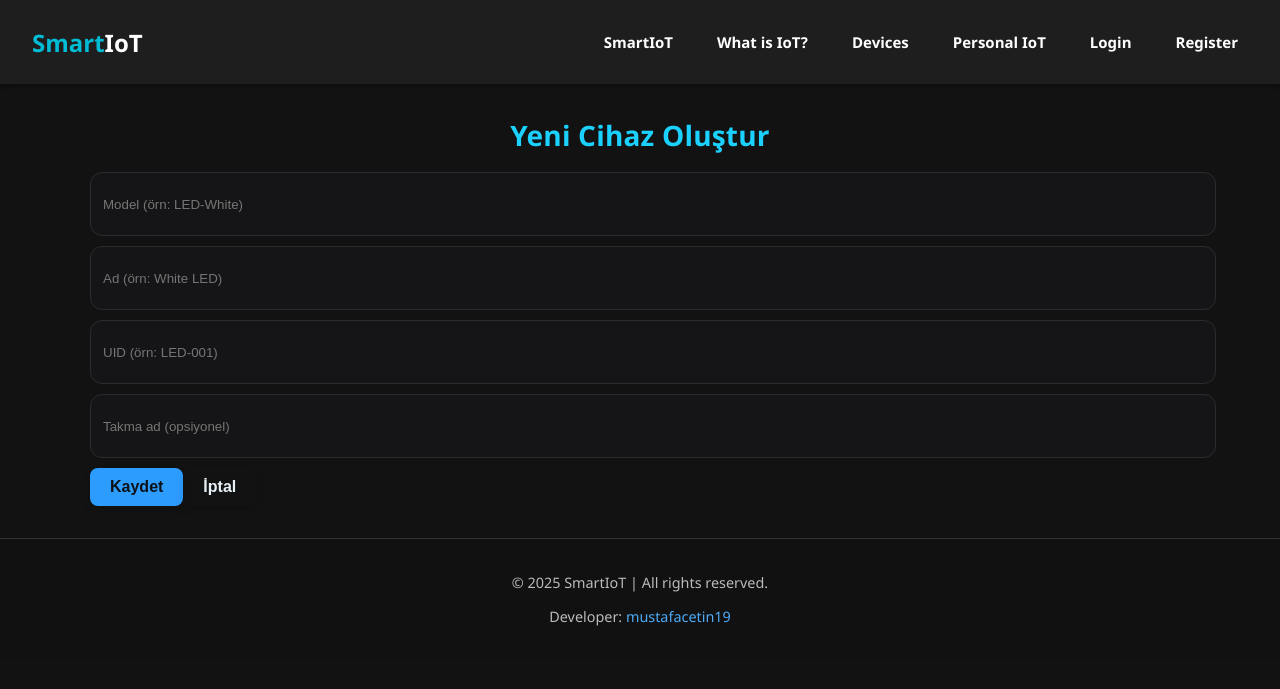
Repository: mustafacetin19/SmartIoT
Page: /my-devices/new (app in Frontend/smartiot-frontend/)
These files come from the project's save history. The page is drawn as it stood at one moment and after the next save; the edit follows.
The browser window is 1280 px wide. The pictures show the whole page.
The project was rebuilt for these pictures with package versions that can differ from the ones it lists, and the page was loaded fresh each time. Also part of the build but not shown: Frontend/smartiot-frontend/src/components/HeroSection.jsx, Frontend/smartiot-frontend/src/pages/Home.jsx, Frontend/smartiot-frontend/src/pages/LoginPage.js, Frontend/smartiot-frontend/src/pages/RegisterPage.js, Frontend/smartiot-frontend/src/pages/About.css, Frontend/smartiot-frontend/src/pages/About.jsx, Frontend/smartiot-frontend/src/pages/Devices.css, Frontend/smartiot-frontend/src/pages/Devices.jsx and 14 more.

Above is the page before, as saved 2025-08-11 14:34:30.

### Frontend/smartiot-frontend/public/index.html
<!DOCTYPE html>
<html lang="en">
  <head>
    <meta charset="utf-8" />
    <link rel="icon" href="%PUBLIC_URL%/logo-icon.ico" />
    <meta name="viewport" content="width=device-width, initial-scale=1" />
    <meta name="theme-color" content="#000000" />
    <meta
      name="description"
      content="Web site created using create-react-app"
    />
    <link rel="apple-touch-icon" href="%PUBLIC_URL%/logo192.png" />
    <!--
      manifest.json provides metadata used when your web app is installed on a
      user's mobile device or desktop. See https://developers.google.com/web/fundamentals/web-app-manifest/
    -->
    <link rel="manifest" href="%PUBLIC_URL%/manifest.json" />
    <!--
      Notice the use of %PUBLIC_URL% in the tags above.
      It will be replaced with the URL of the `public` folder during the build.
      Only files inside the `public` folder can be referenced from the HTML.

      Unlike "/favicon.ico" or "favicon.ico", "%PUBLIC_URL%/favicon.ico" will
      work correctly both with client-side routing and a non-root public URL.
      Learn how to configure a non-root public URL by running `npm run build`.
    -->
    <title>IoT Panel</title>
  </head>
  <body>
    <noscript>You need to enable JavaScript to run this app.</noscript>
    <div id="root"></div>
    <!--
      This HTML file is a template.
      If you open it directly in the browser, you will see an empty page.

      You can add webfonts, meta tags, or analytics to this file.
      The build step will place the bundled scripts into the <body> tag.

      To begin the development, run `npm start` or `yarn start`.
      To create a production bundle, use `npm run build` or `yarn build`.
    -->
  </body>
</html>

### Frontend/smartiot-frontend/src/App.jsx
// src/App.jsx
import React from 'react';
import { BrowserRouter as Router, Routes, Route, useLocation } from 'react-router-dom';

import Home from './pages/Home';
import LoginPage from './pages/LoginPage';
import RegisterPage from './pages/RegisterPage';
import About from './pages/About';
import Devices from './pages/Devices';
import CustomPanel from './pages/CustomPanel';
import AddDevicePage from './pages/AddDevicePage';
import DeviceSelectionPage from './pages/DeviceSelectionPage';
import UserSettingsPage from './pages/UserSettingsPage';
import DemoPanel from './pages/DemoPanel';
import NotFound from './pages/NotFoundPage';
import DeviceRegistrationPage from './pages/DeviceRegistrationPage';
import RoomCreationPage from './pages/RoomCreationPage';

import Navbar from './components/Navbar';
import Footer from './components/Footer';
import PrivateRoute from './components/PrivateRoute';

function AppContent() {
  const location = useLocation();
  const hideLayoutRoutes = [];
  const hideLayout = hideLayoutRoutes.includes(location.pathname);

  return (
    <>
      {!hideLayout && <Navbar />}
      <Routes>
        {/* Public */}
        <Route path="/" element={<Home />} />
        <Route path="/login" element={<LoginPage />} />
        <Route path="/register" element={<RegisterPage />} />
        <Route path="/about" element={<About />} />
        <Route path="/devices" element={<Devices />} />
        <Route path="/demo-panel" element={<DemoPanel />} />
        <Route path="/my-devices/new" element={<DeviceRegistrationPage />} />

        {/* Private */}
        <Route path="/custom-panel" element={<PrivateRoute><CustomPanel /></PrivateRoute>} />
        <Route path="/add-device" element={<PrivateRoute><AddDevicePage /></PrivateRoute>} />
        <Route path="/select-device" element={<PrivateRoute><DeviceSelectionPage /></PrivateRoute>} />
        <Route path="/rooms/new" element={<PrivateRoute><RoomCreationPage /></PrivateRoute>} />
        <Route path="/user-settings" element={<PrivateRoute><UserSettingsPage /></PrivateRoute>} />

        {/* 404 */}
        <Route path="*" element={<NotFound />} />
      </Routes>
      {!hideLayout && <Footer />}
    </>
  );
}

export default function App() {
  return (
    <Router>
      <AppContent />
    </Router>
  );
}

### Frontend/smartiot-frontend/src/pages/DeviceRegistrationPage.jsx
import { useState } from "react";
import { useNavigate } from "react-router-dom";
import axios from "axios";
import "./DeviceSelectionPage.css"; // aynı stil sınıflarını kullanıyoruz

export default function DeviceRegistrationPage() {
  const navigate = useNavigate();
  const user = JSON.parse(localStorage.getItem("user"));
  const [form, setForm] = useState({
    deviceModel: "",
    deviceName: "",
    deviceUid: "",
    alias: ""
  });
  const [saving, setSaving] = useState(false);
  const [error, setError] = useState("");

  const handle = (e) => setForm({ ...form, [e.target.name]: e.target.value });

  const submit = async (e) => {
    e.preventDefault();
    try {
      setSaving(true); setError("");
      await axios.post("http://localhost:8080/api/user-devices/register", {
        userId: user.id, ...form
      });
      navigate("/select-device", { state: { refreshDevices: true } });
    } catch (err) {
      setError(err?.response?.data?.message || "Kayıt başarısız.");
    } finally {
      setSaving(false);
    }
  };

  return (
    <div className="page">
      <h1 className="title">Yeni Cihaz Oluştur</h1>
      {error && <div className="alert error">{error}</div>}
      <form className="card" onSubmit={submit} style={{ display: "grid", gap: 10 }}>
        <input className="input" name="deviceModel" placeholder="Model (örn: LED-White)" value={form.deviceModel} onChange={handle} required />
        <input className="input" name="deviceName"  placeholder="Ad (örn: White LED)" value={form.deviceName} onChange={handle} required />
        <input className="input" name="deviceUid"   placeholder="UID (örn: LED-001)" value={form.deviceUid} onChange={handle} required />
        <input className="input" name="alias"       placeholder="Takma ad (opsiyonel)" value={form.alias} onChange={handle} />
        <div className="actions">
          <button className="btn primary" type="submit" disabled={saving}>{saving ? "Kaydediliyor…" : "Kaydet"}</button>
          <button className="btn ghost" type="button" onClick={() => navigate("/select-device")}>İptal</button>
        </div>
      </form>
    </div>
  );
}

### Frontend/smartiot-frontend/src/components/Footer.jsx
import React from 'react';
import './Footer.css';

function Footer() {
  return (
    <footer className="footer">
      <p>&copy; 2025 SmartIoT | All rights reserved.</p>

      <p>
        Developer: <a href="https://github.com/mustafacetin19" target="_blank" rel="noopener noreferrer">mustafacetin19</a>
      </p>
    </footer>
  );
}

export default Footer;

### Frontend/smartiot-frontend/src/pages/Form.css
/* src/components/Form.css */

.background-wrapper {
  background-image: url('./circuit-bg.png');
  background-size: cover;
  background-position: center;
  min-height: 100vh;
  display: flex;
  align-items: center;
  justify-content: center;
  padding: 20px;
  box-sizing: border-box;
}

.form-container {
  max-width: 400px;
  width: 100%;
  padding: 30px 25px;
  background: rgba(255, 255, 255, 0.15);
  backdrop-filter: blur(10px);
  -webkit-backdrop-filter: blur(10px);
  border-radius: 12px;
  box-shadow: 0 8px 32px rgba(0, 0, 0, 0.25);
  border: 1px solid rgba(255, 255, 255, 0.2);
  box-sizing: border-box;
  color: #ffffff;
}

.form-container h2 {
  text-align: center;
  color: #ffffff;
}

.form-container input {
  width: 100%;
  padding: 12px;
  margin: 8px 0;
  border-radius: 6px;
  border: 1px solid #ccc;
  box-sizing: border-box;
  background-color: rgba(255, 255, 255, 0.85);
  color: #000;
}

.form-container input::placeholder {
  color: #666;
}

.form-container button {
  width: 100%;
  padding: 12px;
  background-color: #1976d2;
  color: white;
  border: none;
  border-radius: 6px;
  cursor: pointer;
  font-weight: bold;
  font-size: 15px;
}

.form-container button:hover {
  background-color: #1565c0;
}

.form-container p {
  text-align: center;
  margin-top: 10px;
  color: #dddddd;
}

.login-logo {
  width: 80px;
  height: auto;
  display: block;
  margin: 0 auto 20px auto;
  object-fit: contain;
}

.error-box {
  width: fit-content;
  max-width: 260px;
  padding: 10px 16px;
  margin: 16px auto 0 auto;
  background-color: #ffcdd2;
  color: #b71c1c;
  border-radius: 6px;
  text-align: center;
  font-weight: bold;
  font-size: 14px;
  box-shadow: 0 0 10px rgba(183, 28, 28, 0.5);
  animation: fadeOut 1s ease-in-out forwards;
  animation-delay: 4s;
}

@keyframes fadeOut {
  0%   { opacity: 1; }
  90%  { opacity: 1; }
  100% { opacity: 0; }
}

/* Sadece form içindeki linkler */
.form-container a,
.form-container a:visited {
  color: #64b5f6 !important;
  font-weight: bold;
  text-decoration: none;
  transition: color 0.3s ease;
}

.form-container a:hover {
  color: #ffffff;
  text-decoration: underline;
}

.password-rules {
  font-size: 13px;
  margin: 12px 0;
  padding-left: 20px;
  color: #eeeeee;
  list-style-type: disc;
  opacity: 0.8;
}

.password-rules li {
  margin-bottom: 4px;
}

/* Navbar logoyu etkilemesin diye garantili stiller */
.navbar .brand-text {
  color: white !important;
  font-size: 22px;
  font-weight: bold;
  text-decoration: none !important;
}

.navbar .brand-bold {
  color: #00bcd4 !important;
  font-weight: 700;
}

/* === Page Fade In Animation === */
.page-fade {
  animation: fadeIn 0.5s ease-in-out;
}

@keyframes fadeIn {
  from {
    opacity: 0;
    transform: translateY(10px);
  }
  to {
    opacity: 1;
    transform: translateY(0);
  }
}

### Frontend/smartiot-frontend/src/pages/CustomPanel.css
.panel-container {
  padding: 2rem;
  max-width: 1000px;
  margin: auto;
  background-color: #0d1117;
  color: #e6edf3;
  border-radius: 12px;
  box-shadow: 0 0 15px rgba(0, 255, 255, 0.1);
}

/* 👇 Başlık rengini ve ortalamayı buraya ekledim;
   DemoPanel de bu dosyayı import ediyor. */
.title{
  color:#1ad1ff;
  text-align:center;
  font-weight:800;
  font-size:28px;
  margin:0 0 14px;
}

.filter-bar {
  display: flex;
  flex-wrap: wrap;
  gap: 1rem;
  margin-bottom: 2rem;
  justify-content: center;
}

.filter-bar select,
.filter-bar input {
  padding: 10px;
  border-radius: 10px;
  border: 1px solid #00e0ff;
  background-color: #1c1c1c;
  color: #00e0ff;
  min-width: 160px;
  font-size: 1rem;
  transition: all 0.3s ease;
}

.filter-bar select:focus,
.filter-bar input:focus {
  outline: none;
  border-color: #00ffff;
  box-shadow: 0 0 8px #00ffff;
}

.device-category {
  margin-bottom: 2.5rem;
}

.device-category h3 {
  color: #00ffff;
  margin-bottom: 1rem;
  padding-left: 12px;
  border-left: 4px solid #00ffff;
  font-size: 1.2rem;
}

.device-category-group {
  display: flex;
  flex-wrap: wrap;
  gap: 1.5rem;
}

.device-card {
  background-color: #161b22;
  border: 1px solid #00bcd4;
  padding: 1.2rem;
  border-radius: 12px;
  flex: 1 1 280px;
  transition: transform 0.2s;
}

.device-card:hover {
  transform: translateY(-4px);
  box-shadow: 0 0 12px rgba(0, 188, 212, 0.4);
}

.device-card h4 {
  font-size: 1.1rem;
  margin-bottom: 0.8rem;
  color: #80cbc4;
}

.remove-button {
  margin-top: 12px;
  padding: 10px 16px;
  background: linear-gradient(145deg, #ff4d4f, #ff1f1f);
  color: white;
  border: none;
  border-radius: 10px;
  font-weight: 600;
  font-size: 15px;
  display: flex;
  align-items: center;
  justify-content: center;
  gap: 8px;
  cursor: pointer;
  box-shadow: 0 4px 12px rgba(255, 77, 79, 0.4);
  transition: all 0.25s ease-in-out;
}

.remove-button:hover {
  transform: scale(1.05);
  background: linear-gradient(145deg, #ff1f1f, #e60000);
  box-shadow: 0 6px 16px rgba(255, 0, 0, 0.5);
}

### Frontend/smartiot-frontend/src/pages/DeviceSelectionPage.css
.page {
  max-width: 1100px;
  margin: 32px auto;
  padding: 0 16px;
}

.title {
  font-size: 28px;
  margin: 0 0 18px;
  color: #1ad1ff;
  letter-spacing: .2px;
  text-align: center;          /* 👈 başlığı ortala */
}

.card.center {
  background: radial-gradient(1200px 400px at 50% -20%, rgba(0, 150, 255, 0.08), transparent),
              #0e0e0f;
  border: 1px solid rgba(0, 200, 255, 0.15);
  border-radius: 16px;
  padding: 22px;
  margin: 0 auto;
  max-width: 920px;
  box-shadow: 0 8px 30px rgba(0,0,0,.35);
}

.inline-form {
  display: grid;
  grid-template-columns: 1.1fr 1.1fr 1fr auto; /* 👈 hizalı */
  gap: 12px;
  align-items: center;
}
@media (max-width: 900px) {
  .inline-form { grid-template-columns: 1fr; }
}

.field { position: relative; }

.with-icon .icon {
  position: absolute;
  top: 50%; left: 10px;
  transform: translateY(-50%);
  opacity: .85;
}
.with-icon .input { padding-left: 36px; }

.input {
  width: 100%;
  min-height: 42px;
  padding: 10px 12px;
  border-radius: 12px;
  background: #151517;
  border: 1px solid #2b2c2f;
  color: #e9f1f8;
  outline: none;
}
.input:focus {
  border-color: #00b4ff;
  box-shadow: 0 0 0 3px rgba(0,180,255,.18);
}

.btn {
  border: 1px solid #2b2c2f;
  background: #18191c;
  color: #e9f1f8;
  padding: 10px 14px;
  border-radius: 12px;
  font-weight: 600;
  cursor: pointer;
  transition: transform .05s ease, background .2s ease, border-color .2s ease;
}
.btn:hover { transform: translateY(-1px); }

.btn.primary {
  background: #2d9cff;
  border-color: #2d9cff;
  color: #0c1116;
}

.btn.ghost {
  background: transparent;
}

.quicklinks {
  margin-top: 12px;
  display: flex;
  gap: 8px;
  justify-content: center;    /* 👈 butonları ortala */
}

.alert {
  border-radius: 10px;
  padding: 10px 12px;
  margin-bottom: 12px;
  background: #3a1212;
  border: 1px solid #5a1a1a;
  color: #ffb4b4;
}

.skeleton {
  opacity: .9;
  padding: 10px 12px;
}

### Frontend/smartiot-frontend/src/pages/UserSettingsPage.css
/* General Button Style */
.btn {
  display: inline-flex;
  align-items: center;
  justify-content: center;
  padding: 10px 18px;
  font-size: 16px;
  font-weight: 600;
  border-radius: 12px;
  border: none;
  cursor: pointer;
  transition: background-color 0.3s ease, transform 0.2s ease;
  box-shadow: 0 4px 10px rgba(0,0,0,0.1);
}

/* Variants */
.btn-add {
  background-color: #00c853;
  color: white;
}
.btn-add:hover {
  background-color: #00b342;
  transform: translateY(-2px);
}

.btn-remove {
  background-color: #ff5252;
  color: white;
}
.btn-remove:hover {
  background-color: #ff1744;
  transform: translateY(-2px);
}

.btn-deactivate {
  background-color: #ffab00;
  color: #212121;
}
.btn-deactivate:hover {
  background-color: #ff9100;
  transform: translateY(-2px);
}

/* Icon support */
.btn i {
  margin-right: 8px;
}

/* src/pages/UserSettingsPage.css */
.user-settings-page {
  max-width: 600px;
  margin: auto;
  padding: 2rem;
  background: #1e1e2f;
  border-radius: 12px;
  box-shadow: 0 0 10px rgba(0,0,0,0.5);
  color: #f0f0f0;
}

.user-info p {
  margin: 10px 0;
  font-size: 1rem;
}

.settings-buttons {
  margin-top: 20px;
  display: flex;
  justify-content: center;
}

.btn {
  display: inline-flex;
  align-items: center;
  gap: 8px;
  font-size: 1rem;
  padding: 10px 20px;
  border-radius: 8px;
  border: none;
  cursor: pointer;
  font-weight: 600;
  transition: all 0.3s ease;
}

.btn-deactivate {
  background-color: #ff4d4f;
  color: white;
}

.btn-deactivate:hover {
  background-color: #cc0000;
}

.error-msg {
  margin-top: 1rem;
  color: #ff6b6b;
  font-weight: bold;
}

.panel-container {
  margin-top: 100px;           /* Daha aşağıda başlasın */
  padding: 40px;
  background-color: #1a1a2e;
  border-radius: 16px;
  box-shadow: 0 8px 24px rgba(0, 0, 0, 0.4);
  animation: fadeInSlide 0.6s ease-in-out; /* ✨ Geçiş efekti */
}

@keyframes fadeInSlide {
  0% {
    opacity: 0;
    transform: translateY(30px);
  }
  100% {
    opacity: 1;
    transform: translateY(0);
  }
}

.settings-wrapper {
  display: flex;
  justify-content: center;
  align-items: center;
  padding-top: 100px;
  min-height: 80vh;
}

.panel-container {
  background: rgba(20, 20, 30, 0.9); /* sadece rengi koyulaştır */
  color: #e0e0e0;                    /* yazı rengini biraz yumuşat */
  backdrop-filter: blur(6px);       /* hafif cam efekti (isteğe bağlı) */
  border: 1px solid rgba(255, 255, 255, 0.08); /* çok hafif çerçeve */
}

### Frontend/smartiot-frontend/src/components/Navbar.css
.navbar {
  background-color: #1e1e1e;
  padding: 12px 32px;
  display: flex;
  justify-content: space-between;
  align-items: center;
  font-family: 'Segoe UI', Tahoma, Geneva, Verdana, sans-serif;
  box-shadow: 0 2px 6px rgba(0, 0, 0, 0.3);
  height: 60px;
}

.navbar-logo {
  color: white;
  font-size: 24px;
  font-weight: bold;
  text-decoration: none;
  display: flex;
  align-items: center;
  height: 100%;
}

.navbar-logo .brand-bold {
  color: #00bcd4;
}

.nav-links {
  display: flex;
  align-items: center;
  list-style: none;
  gap: 24px;
  margin: 0;
  padding: 0;
  height: 100%;
}

.nav-links li {
  display: flex;
  align-items: center;
  height: 100%;
  position: relative;
}

.nav-links li a,
.dropdown-title {
  color: white;
  text-decoration: none;
  font-weight: 600;
  font-size: 15px;
  padding: 8px 10px;
  transition: color 0.2s ease;
  display: flex;
  align-items: center;
  height: 100%;
}

.nav-links li a:hover,
.nav-links li a.active,
.dropdown-title:hover {
  color: #00d0ff;
}

/* ⬇️ Dropdown stilleri */
.dropdown {
  position: relative;
}

.dropdown-content {
  display: none;
  position: absolute;
  top: 100%;
  left: 0;
  background-color: #2c2c2c;
  border-radius: 4px;
  padding: 8px 0;
  min-width: 160px;
  z-index: 10;
  box-shadow: 0 2px 6px rgba(0, 0, 0, 0.4);
}

.dropdown:hover .dropdown-content {
  display: block;
}

.dropdown-content li {
  padding: 6px 16px;
}

.dropdown-content a {
  display: block;
  color: white;
  text-decoration: none;
  font-weight: 500;
  font-size: 14px;
}

.dropdown-content a:hover,
.dropdown-content a.active {
  background-color: #3a3a3a;
  color: #00d0ff;
  border-radius: 4px;
}

/* ✅ Kullanıcı Menüsü */
.user-menu {
  position: relative;
  display: flex;
  align-items: center;
  cursor: pointer;
}

.user-name {
  color: #00e5ff;
  font-weight: 600;
  padding: 8px 10px;
  transition: color 0.2s ease;
}

.user-name:hover {
  color: #00ffff;
}

.user-dropdown {
  position: absolute;
  right: 0;
  top: 100%;
  background: #2c2c2c;
  border: 1px solid #00e5ff;
  border-radius: 8px;
  padding: 12px;
  min-width: 200px;
  z-index: 999;
  box-shadow: 0 2px 8px rgba(0, 0, 0, 0.4);
}

.user-dropdown p {
  margin: 6px 0;
  color: white;
  font-size: 14px;
}

.user-dropdown button {
  margin-top: 8px;
  padding: 6px 12px;
  width: 100%;
  background: #c62828;
  color: white;
  border: none;
  border-radius: 6px;
  cursor: pointer;
  font-weight: bold;
  font-size: 14px;
}

.user-dropdown button:hover {
  background: #e53935;
}

/* Logout düğmesi eski */
.logout-button-nav {
  padding: 6px 12px;
  background-color: #c62828;
  color: white;
  border: none;
  border-radius: 6px;
  cursor: pointer;
  font-weight: bold;
  font-size: 14px;
}

.logout-button-nav:hover {
  background-color: #e53935;
}

.dropdown-arrow {
  font-size: 14px;
  color: #00e5ff;
  margin-left: 4px;
  transform: translateY(1px);
}

### Frontend/smartiot-frontend/src/components/Footer.css
.footer {
  background-color: #111; /* Darker background */
  color: #bbb;            /* Softer white text */
  text-align: center;
  padding: 20px 10px;
  margin-top: auto;
  border-top: 1px solid #333;
  font-size: 0.9rem;
}

.footer a {
  color: #4dabf7; /* Light blue */
  text-decoration: none;
  font-weight: 500;
}

.footer a:hover {
  color: #82cfff;
  text-decoration: underline;
}

@media (max-width: 600px) {
  .footer {
    font-size: 0.8rem;
    padding: 15px 8px;
  }
}

### Frontend/smartiot-frontend/src/components/HeroSection.css
/* src/components/HeroSection.css */
.hero-section {
  height: 100vh;
  background-size: cover;
  background-position: center;
  background-repeat: no-repeat;
  position: relative;
  display: flex;
  align-items: center;
  justify-content: center;
  overflow: hidden;
}

.hero-overlay {
  background-color: rgba(0, 0, 0, 0.6);
  width: 100%;
  height: 100%;
  padding: 0 20px;
  display: flex;
  align-items: center;
  justify-content: center;
}

.hero-content {
  text-align: center;
  color: white;
  max-width: 800px;
  animation: fadeInUp 1s ease-in-out;
}

.hero-content h1 {
  font-size: 3.2rem;
  margin-bottom: 20px;
  font-weight: bold;
}

.hero-content p {
  font-size: 1.3rem;
  margin-bottom: 40px;
  opacity: 0.9;
}

.hero-buttons {
  display: flex;
  flex-wrap: wrap;
  justify-content: center;
  gap: 15px;
}

.btn {
  padding: 12px 25px;
  font-size: 16px;
  border-radius: 30px;
  font-weight: bold;
  border: none;
  cursor: pointer;
  text-decoration: none;
  transition: 0.3s ease-in-out;
}

.btn-primary {
  background-color: #00aaff;
  color: white;
}

.btn-secondary {
  background-color: #ffaa00;
  color: white;
}

.btn-outline {
  background-color: transparent;
  border: 2px solid white;
  color: white;
}

.btn:hover {
  transform: translateY(-3px);
  opacity: 0.85;
}

@keyframes fadeInUp {
  from {
    transform: translateY(30px);
    opacity: 0;
  }
  to {
    transform: translateY(0px);
    opacity: 1;
  }
}

@media (max-width: 768px) {
  .hero-content h1 {
    font-size: 2rem;
  }

  .hero-content p {
    font-size: 1rem;
  }

  .btn {
    width: 100%;
    padding: 12px;
  }
}

Loaded but not shown: Frontend/smartiot-frontend/src/index.css (common file); Frontend/smartiot-frontend/src/reportWebVitals.js (common file); Frontend/smartiot-frontend/src/index.js (14 lines, source omitted); Frontend/smartiot-frontend/src/components/Panel.css (210 lines, source omitted); Frontend/smartiot-frontend/src/components/Navbar.jsx (99 lines, source omitted)

After the next save:
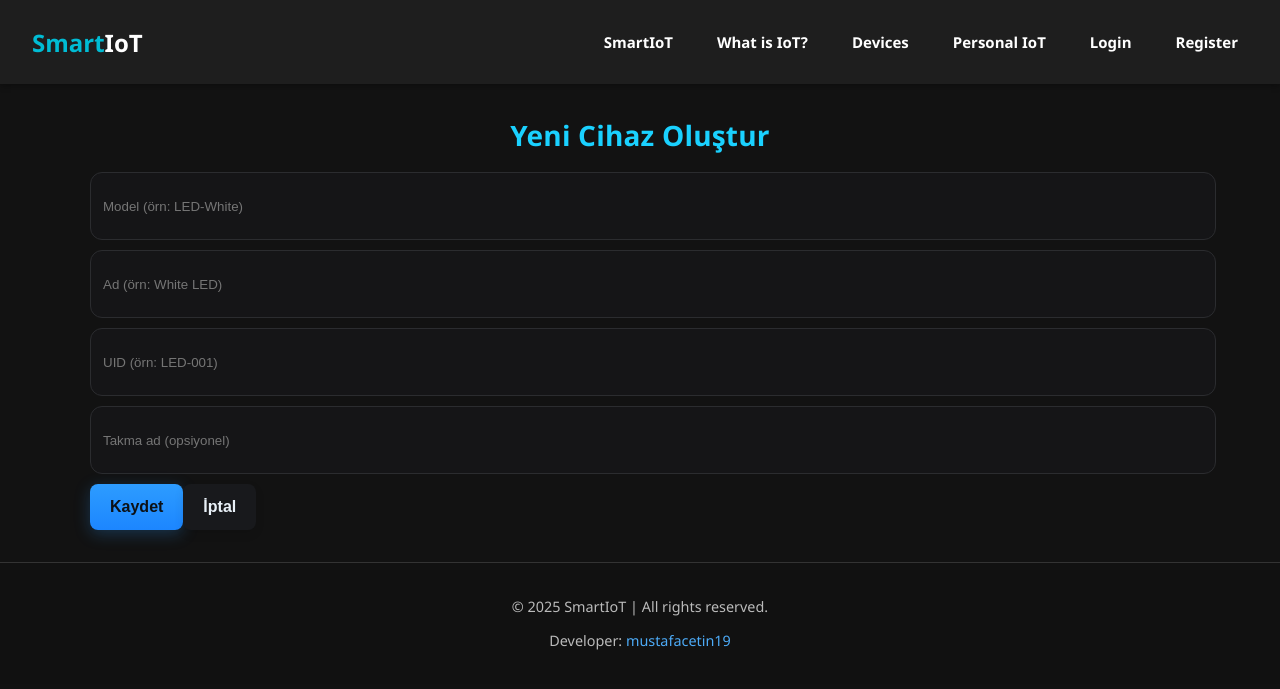
Saved 6 min 38 s later.
--- a/Frontend/smartiot-frontend/src/pages/DeviceSelectionPage.css
+++ b/Frontend/smartiot-frontend/src/pages/DeviceSelectionPage.css
@@ -9,12 +9,13 @@
   margin: 0 0 18px;
   color: #1ad1ff;
   letter-spacing: .2px;
-  text-align: center;          /* 👈 başlığı ortala */
+  text-align: center;          /* ➜ başlığı ortala */
 }
 
 .card.center {
-  background: radial-gradient(1200px 400px at 50% -20%, rgba(0, 150, 255, 0.08), transparent),
-              #0e0e0f;
+  background:
+    radial-gradient(1200px 400px at 50% -20%, rgba(0, 150, 255, 0.08), transparent),
+    #0e0e0f;
   border: 1px solid rgba(0, 200, 255, 0.15);
   border-radius: 16px;
   padding: 22px;
@@ -23,18 +24,18 @@
   box-shadow: 0 8px 30px rgba(0,0,0,.35);
 }
 
+/* ---- form hizalama ---- */
 .inline-form {
   display: grid;
-  grid-template-columns: 1.1fr 1.1fr 1fr auto; /* 👈 hizalı */
+  grid-template-columns: 1.15fr 1.15fr 1.2fr auto; /* Select, Select, Input, Button */
   gap: 12px;
-  align-items: center;
+  align-items: stretch;         /* ➜ hepsini aynı yükseklikte tut */
 }
 @media (max-width: 900px) {
   .inline-form { grid-template-columns: 1fr; }
 }
 
 .field { position: relative; }
-
 .with-icon .icon {
   position: absolute;
   top: 50%; left: 10px;
@@ -43,9 +44,10 @@
 }
 .with-icon .input { padding-left: 36px; }
 
+/* Select & Input ortak görünüm */
 .input {
   width: 100%;
-  min-height: 42px;
+  height: 46px;                 /* ➜ sabit yükseklik */
   padding: 10px 12px;
   border-radius: 12px;
   background: #151517;
@@ -58,33 +60,51 @@
   box-shadow: 0 0 0 3px rgba(0,180,255,.18);
 }
 
+/* ---- butonlar ---- */
 .btn {
   border: 1px solid #2b2c2f;
   background: #18191c;
   color: #e9f1f8;
-  padding: 10px 14px;
+  padding: 10px 16px;
   border-radius: 12px;
   font-weight: 600;
   cursor: pointer;
-  transition: transform .05s ease, background .2s ease, border-color .2s ease;
+  transition: transform .05s ease, background .2s ease, border-color .2s ease, box-shadow .2s ease;
+  height: 46px;                 /* ➜ inputlarla aynı yükseklik */
+  display: inline-flex;
+  align-items: center;
+  justify-content: center;
 }
 .btn:hover { transform: translateY(-1px); }
 
+/* “Add” butonu */
 .btn.primary {
-  background: #2d9cff;
+  background: linear-gradient(180deg, #2d9cff, #1c86ff);
   border-color: #2d9cff;
   color: #0c1116;
+  box-shadow: 0 4px 16px rgba(45,156,255,.25);
+}
+.btn.primary:hover {
+  box-shadow: 0 6px 20px rgba(45,156,255,.35);
 }
 
-.btn.ghost {
-  background: transparent;
+/* alt kısım aksiyon butonları */
+.btn.secondary {
+  background: rgba(0, 180, 255, .10);
+  border-color: rgba(0, 200, 255, .35);
+  color: #cfefff;
+}
+.btn.secondary:hover {
+  background: rgba(0, 180, 255, .18);
+  border-color: rgba(0, 200, 255, .55);
+  box-shadow: 0 4px 14px rgba(0, 180, 255, .22);
 }
 
 .quicklinks {
-  margin-top: 12px;
+  margin-top: 14px;
   display: flex;
-  gap: 8px;
-  justify-content: center;    /* 👈 butonları ortala */
+  gap: 10px;
+  justify-content: center;
 }
 
 .alert {
@@ -96,7 +116,4 @@
   color: #ffb4b4;
 }
 
-.skeleton {
-  opacity: .9;
-  padding: 10px 12px;
-}
+.skeleton { opacity: .9; padding: 10px 12px; }
